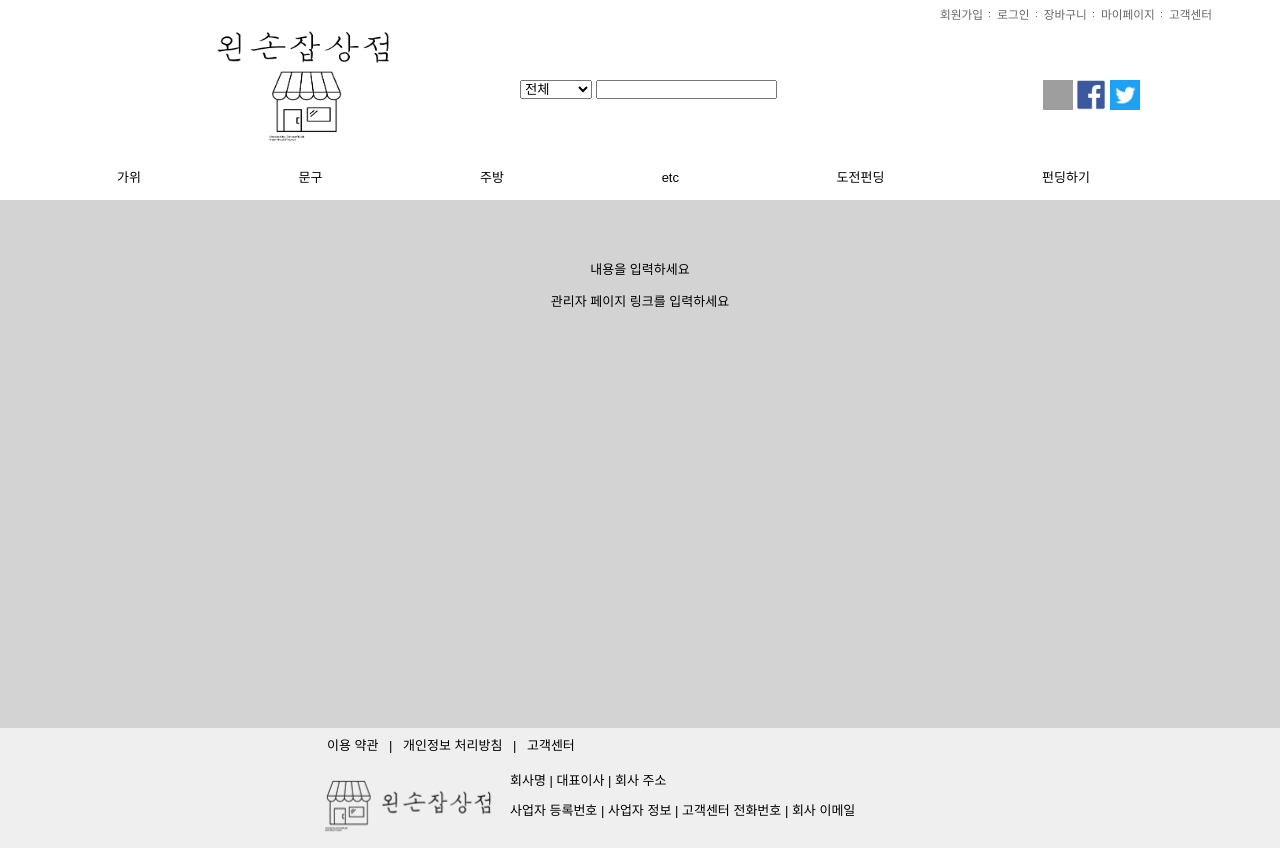
Repository: GroundPark/team6
Page: http://localhost/lefthand/index.jsp
An editor plug-in stored every save of this project. The page is shown before and after the next save, followed by the edit.
The browser window is 1280 px wide. The pictures show the whole page.
Pictures or frames that could not be fetched are drawn as grey boxes. The page is served by Tomcat 9. Nobody is signed in. The application's start-up code is not run.

Above is the page before, as saved 2021-11-20 04:33:55.

After the next save:
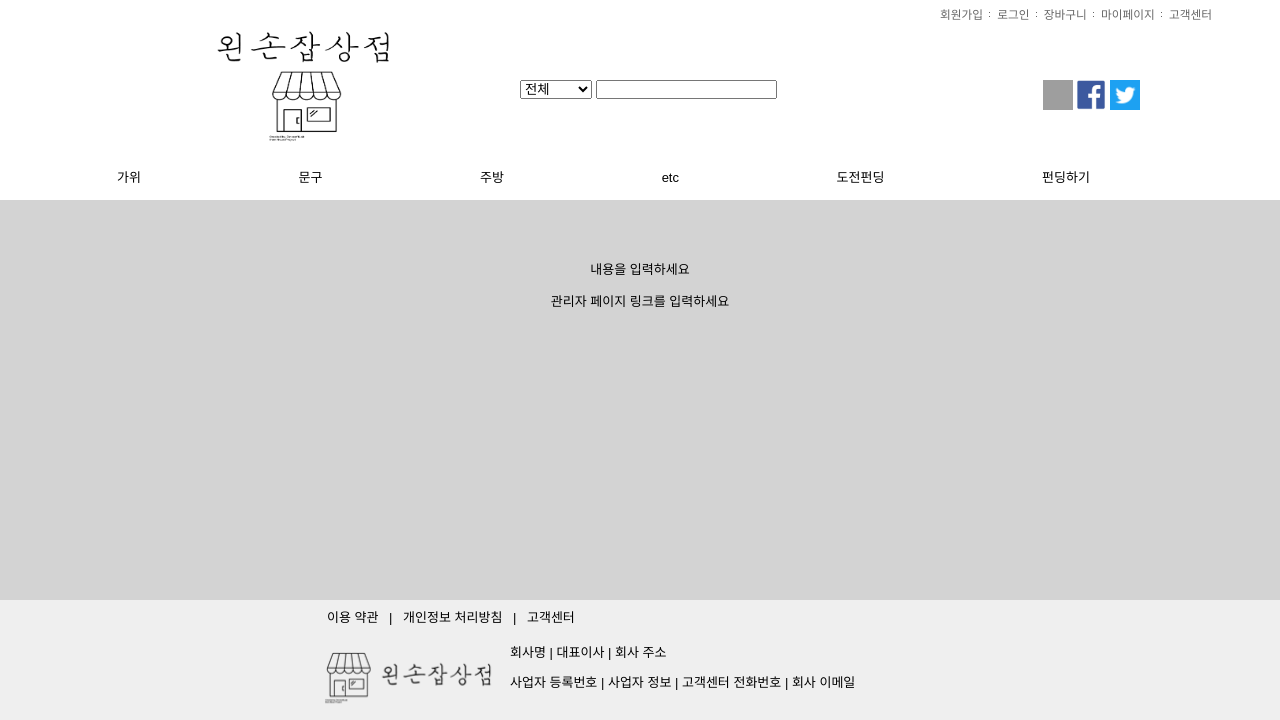
Saved 7 s later.
--- a/lefthand/WebContent/css/teststyle.css
+++ b/lefthand/WebContent/css/teststyle.css
@@ -1,7 +1,7 @@
 @charset "UTF-8";
 
 .maindiv{
-	height: 90%;	width:100%;
+	height: 70%;	width:100%;
 	background-color:#d3d3d3;
 }
 
